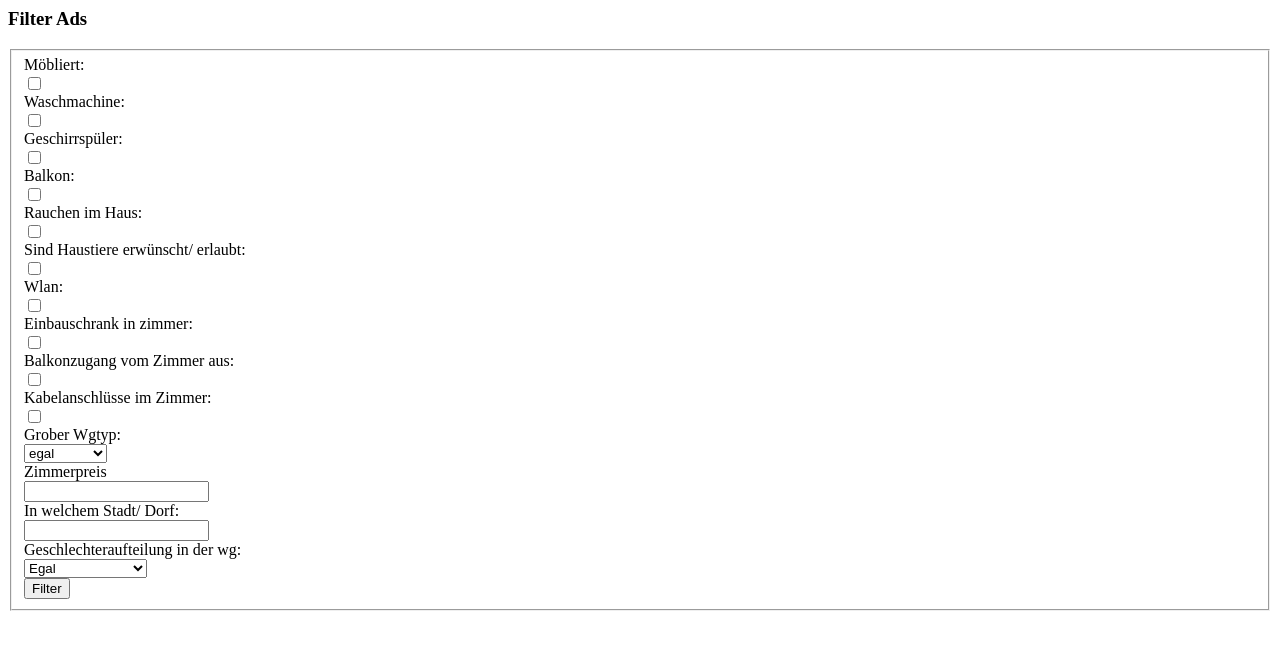
Repository: ese-unibe-ch/ese2014-team2
Page: http://localhost/Skeleton/pages/template/filter.jsp
An editor plug-in stored every save of this project. The page is shown before and after the next save, followed by the edit.
The browser window is 1280 px wide. The pictures show the whole page.
The page is served by Tomcat 9. Nobody is signed in. The application's start-up code is not run. Other server files are loaded and not shown. The template is opened directly, without the code that normally fills it, so the values that code supplies are empty.

Above is the page before, as saved 2014-10-30 16:33:26.

### Skeleton/src/main/webapp/pages/template/filter.jsp
<%@ page language="java" pageEncoding="UTF-8" contentType="text/html;charset=utf-8" %>
<%@ taglib prefix="c" uri="http://java.sun.com/jsp/jstl/core" %>
<%@ taglib prefix="form" uri="http://www.springframework.org/tags/form" %>
<%@ taglib prefix="spring" uri="http://www.springframework.org/tags" %>

<div class="main">
	<div class="col-sm-12">
    	<div class="panel panel-default">
        	<div class="panel-heading">
            	<h3 class="panel-title">Filter Ads</h3>
            </div>
            <div class="panel-body">
              <form:form method="post" modelAttribute="filterForm" action="filterAds" id="filterForm" cssClass="form-horizontal" autocomplete="off" enctype="multipart/form-data">
		<fieldset>
			<table>
				<div class="controls-left">
						<label class="control-label" for="field-furnished">Möbliert:</label>
						<div class="controls">
						<form:checkbox	path="furnished" id="field-furnished" tabindex="1" />
						</div>


						<label class="control-label" for="field-Laundry">Waschmachine:</label>
						<div class="controls">
						<form:checkbox	path="hasLaundry" id="field-Laundry" tabindex="2" />
						</div>


						<label class="control-label" for="field-Dishwasher">Geschirrspüler:</label>
						<div class="controls">
						<form:checkbox	path="hasDishwasher" id="field-Dishwasher" tabindex="3" />
						</div>


						<label class="control-label" for="field-Balcony">Balkon:</label>
						<div class="controls">
						<form:checkbox	path="hasBalcony" id="field-Balcony" tabindex="4" />
						</div>




						<label class="control-label" for="field-smokingInside">Rauchen im Haus:</label>
						<div class="controls">
						<form:checkbox	path="smokingInside" id="field-smokingInside" tabindex="5" />
						</div>

						<label class="control-label" for="field-pets">Sind Haustiere erwünscht/ erlaubt:</label>
						<div class="controls">
						<form:checkbox	path="hasPets" id="field-pets" tabindex="6" />
						</div>


						<label class="control-label" for="field-wlan">Wlan:</label>
						<div class="controls">
						<form:checkbox	path="wlan" id="field-wlan" tabindex="7" />
						</div>


						<label class="control-label" for="field-closet">Einbauschrank in zimmer:</label>
						<div class="controls">
						<form:checkbox	path="hasBuiltInCloset" id="field-closet" tabindex="8" />
						</div>


					 </div>

					 <div class="controls-right">
						<label class="control-label" for="field-isToBalcony">Balkonzugang vom Zimmer aus:</label>
						<div class="controls">
						<form:checkbox	path="toBalcony" id="field-isToBalcony" tabindex="9" />
						</div>


						<label class="control-label" for="field-Cables">Kabelanschlüsse im Zimmer:</label>
						<div class="controls">
						<form:checkbox	path="hasCables" id="field-Cables" tabindex="10" />
						</div>


						<label class="control-label" for="field-wgType">Grober Wgtyp:</label>
						<div class="controls">
							<form:select path="wgType" id="field-wgType"
								tabindex="7">
								<option value="undef">egal</option>
								<option value="wild">eher wild</option>
								<option value="calm">eher ruhig</option>


							</form:select>
						</div>


						<label class="control-label" for="field-roomPrice">Zimmerpreis</label>
						<div class="controls">
						<form:input path="roomPrice" id="field-roomPrice" tabindex="11"
					maxlength="10" />
					 	</div>



						<label class="control-label" for="field-city">In welchem Stadt/ Dorf:</label>
						<div class="controls">
						<form:input path="city" id="field-city" tabindex="12"
					maxlength="10" />
						</div>

						<label class="control-label" for="field-wgGender">Geschlechteraufteilung in der wg: </label>

						<div class="controls">
							<form:select path="wgGender" id="field-wgGender"
								tabindex="13">
								<option value="dontcare"> Egal</option>
								<option value="female">Reine Frauenwg</option>
								<option value="male">Reine Männerwg</option>


							</form:select>
						</div>
					 		<button type="submit" class="btnpink">Filter</button>
						</div>
			</table>
		</fieldset>
		</form:form>
            </div>
          </div>





</div>

After the next save:
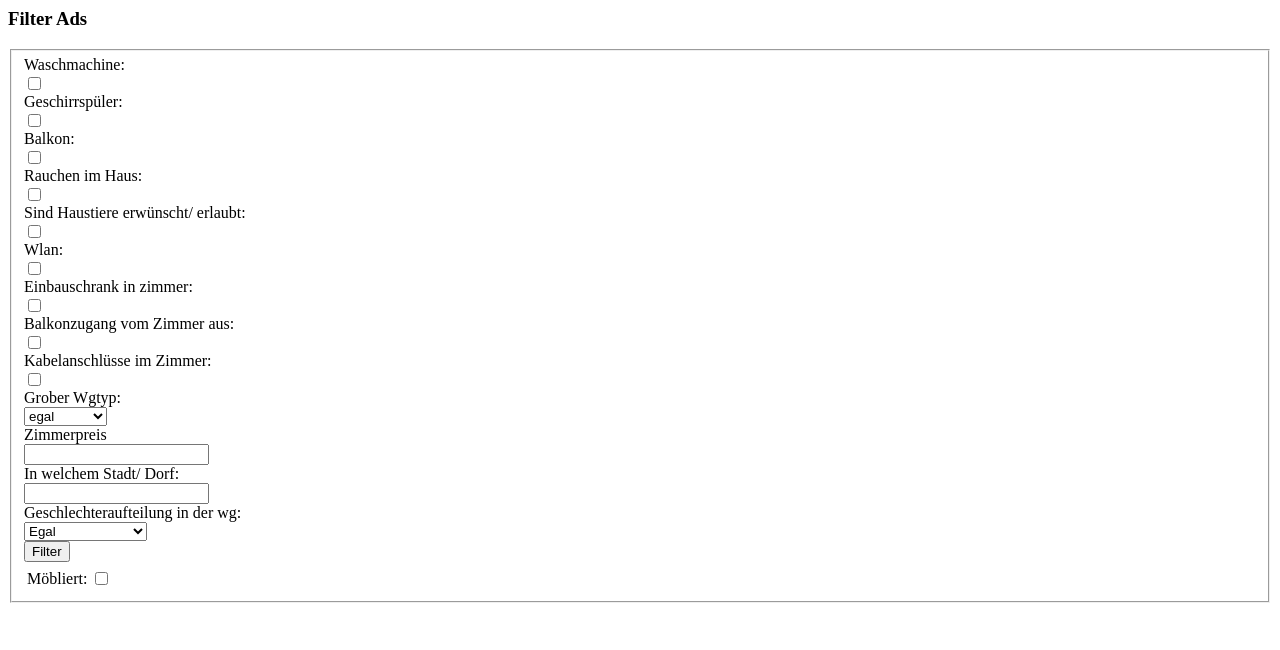
Saved 86 s later.
--- a/Skeleton/src/main/webapp/pages/template/filter.jsp
+++ b/Skeleton/src/main/webapp/pages/template/filter.jsp
@@ -13,11 +13,24 @@
               <form:form method="post" modelAttribute="filterForm" action="filterAds" id="filterForm" cssClass="form-horizontal" autocomplete="off" enctype="multipart/form-data">
 		<fieldset>
 			<table>
-				<div class="controls-left">
-						<label class="control-label" for="field-furnished">Möbliert:</label>
-						<div class="controls">
-						<form:checkbox	path="furnished" id="field-furnished" tabindex="1" />
+				<tr>
+					<td></td>
+					<td></td>
+				</tr>
+
+				<tr>
+					<td><div class="controls-left">
+							<label class="control-label" for="field-furnished">Möbliert:</label>
 						</div>
+					</td>
+					<td><div class="controls">
+							<form:checkbox	path="furnished" id="field-furnished" tabindex="1" />
+						</div>
+					</td>
+				</tr>
+
+
+
 
 
 						<label class="control-label" for="field-Laundry">Waschmachine:</label>
